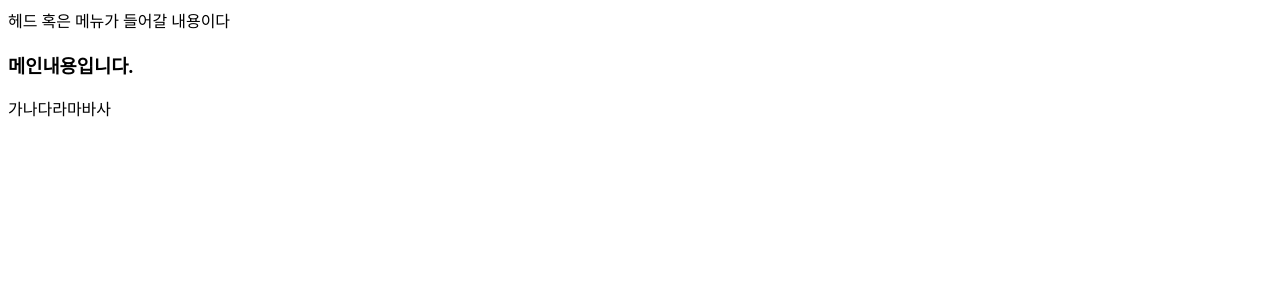
Repository: HHongmoris/TIL
Page: http://localhost/BackEnd03_JSP/09_include.jsp
An editor plug-in stored every save of this project. The page is shown before and after the next save, followed by the edit.
The browser window is 1280 px wide. The pictures show the whole page.
The page is served by Tomcat 9.

Above is the page before, as saved 2023-03-08 06:24:01.

After the next save:
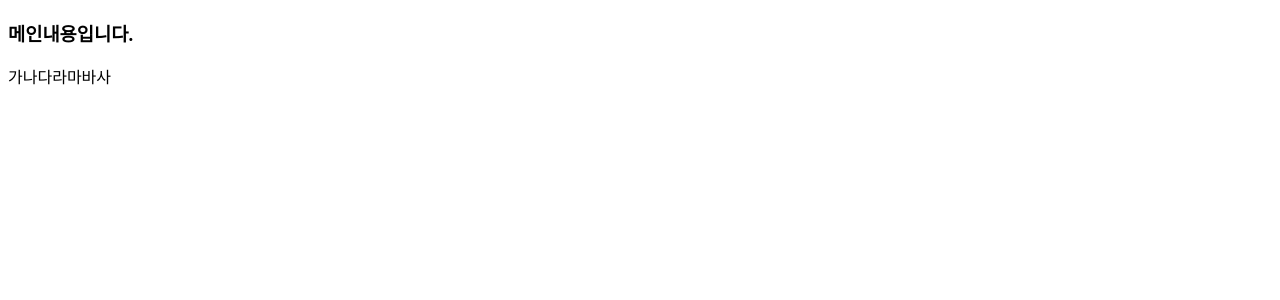
Saved 28 s later.
--- a/04_BackEnd/BackEnd03_JSP/WebContent/09_include.jsp
+++ b/04_BackEnd/BackEnd03_JSP/WebContent/09_include.jsp
@@ -8,7 +8,6 @@
 </head>
 <body>
 	<%@ include file="/template/header.jsp" %>
-	<header>헤드 혹은 메뉴가 들어갈 내용이다</header>
 	<h3>메인내용입니다.</h3>
 	<p>가나다라마바사</p>
 
